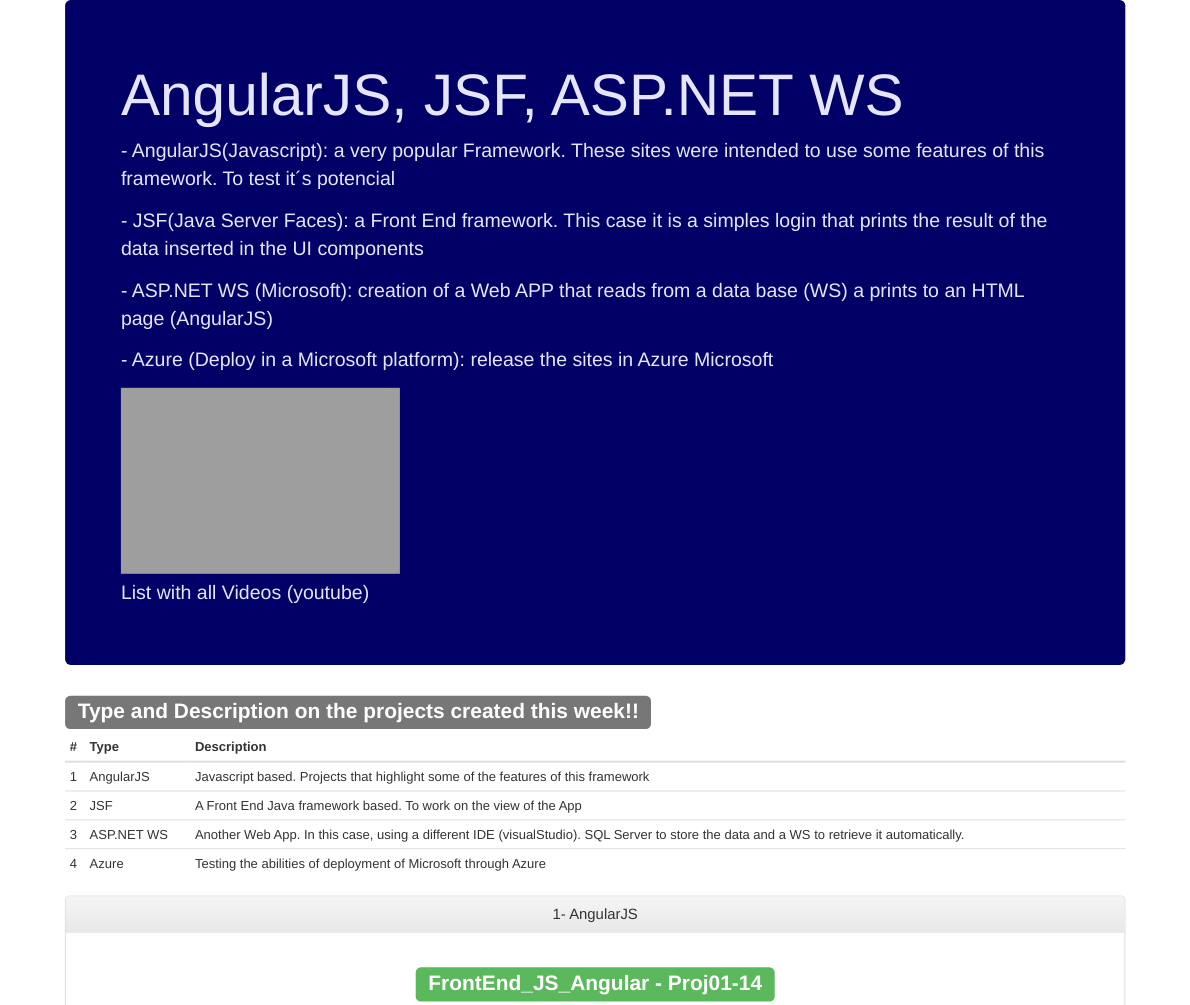
Repository: atafs/Deploy_GoogleAppEngine_webAPPS
Page: Project_002_Deploy_americotomasLIB/war/index.html
These files come from the project's save history. The page is drawn as it stood at one moment and after the next save; the edit follows.
The browser window is 1280 px wide. The pictures show the part of the page from y = 0 to 1081 px (the page is 2904 px tall), at 93% of full size.
Pictures or frames that could not be fetched are drawn as grey boxes.

Above is the page before, as saved 2016-03-14 02:31:07.
Console error (its wording comes from the project's code and is left out).

After the next save:
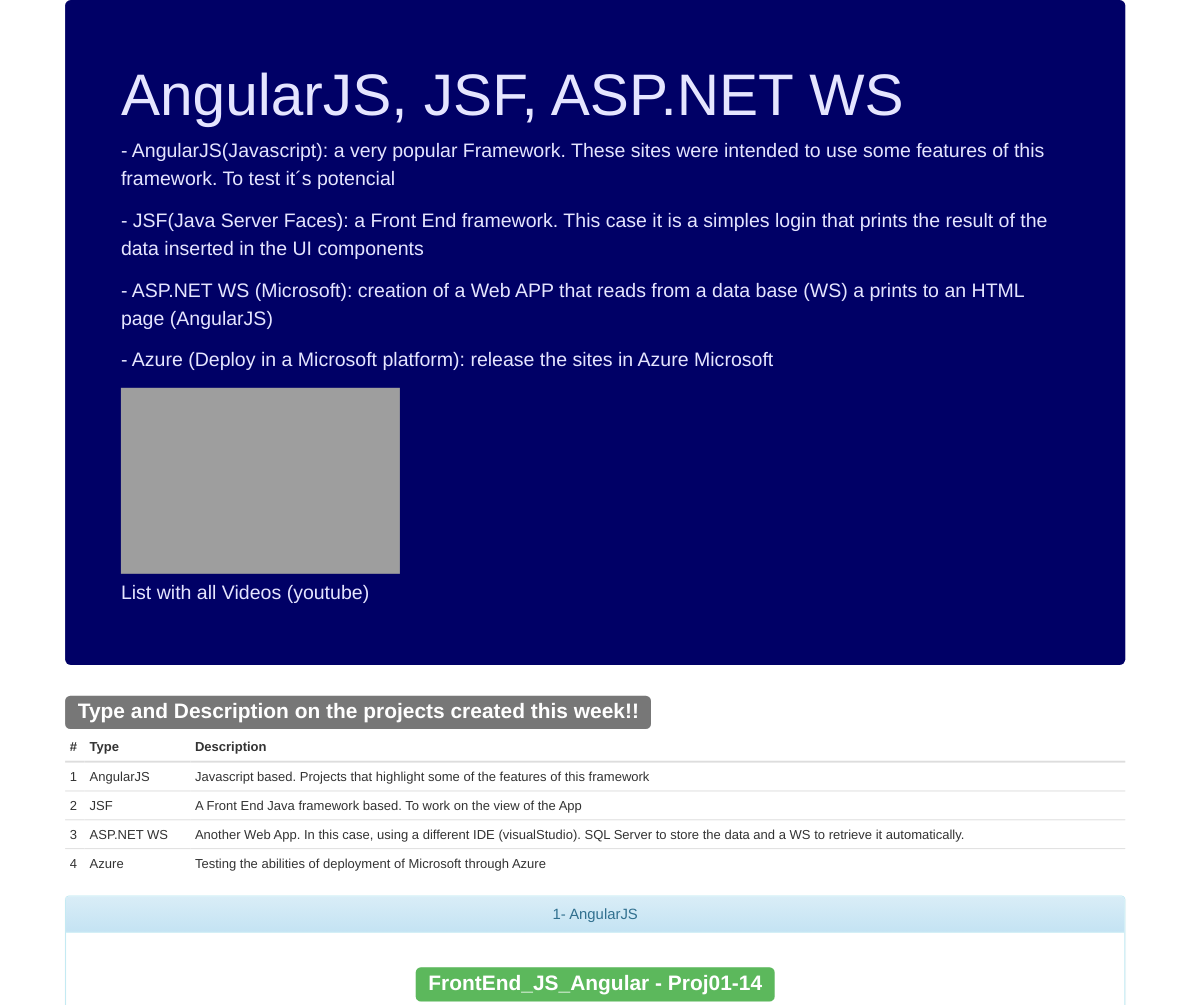
Saved 2 min 54 s later.
--- a/Project_002_Deploy_americotomasLIB/war/index.html
+++ b/Project_002_Deploy_americotomasLIB/war/index.html
@@ -66,7 +66,7 @@
 		<div class="row"></div>
 		<!-- /.col-sm-4 -->
 		<div class="row-sm-4"  style="text-align: center">
-			<div class="panel panel-default">
+			<div class="panel panel-info">
 				<div class="panel-heading">
 					<h3 class="panel-title">1- AngularJS</h3>
 				</div>
@@ -77,7 +77,7 @@
 					<iframe width="560" height="315" src="https://www.youtube.com/embed/Ko11xbZfoR0?list=PLBaNeIDelX0LWugK_EMfT9q_S85-bH_qY" frameborder="0" allowfullscreen></iframe>
 			</div>
 
-			<div class="panel panel-default">
+			<div class="panel panel-info">
 				<div class="panel-heading">
 					<h3 class="panel-title">2- Java Server Faces</h3>
 				</div>
@@ -101,7 +101,7 @@
 					<iframe width="560" height="315" src="https://www.youtube.com/embed/n4GIGLrWXkw?list=PLBaNeIDelX0LWugK_EMfT9q_S85-bH_qY" frameborder="0" allowfullscreen></iframe>
 				</div>
 			</div>
-			<div class="panel panel-default">
+			<div class="panel panel-info">
 				<div class="panel-heading">
 					<h3 class="panel-title">4- Sites of these APPS</h3>
 				</div>
